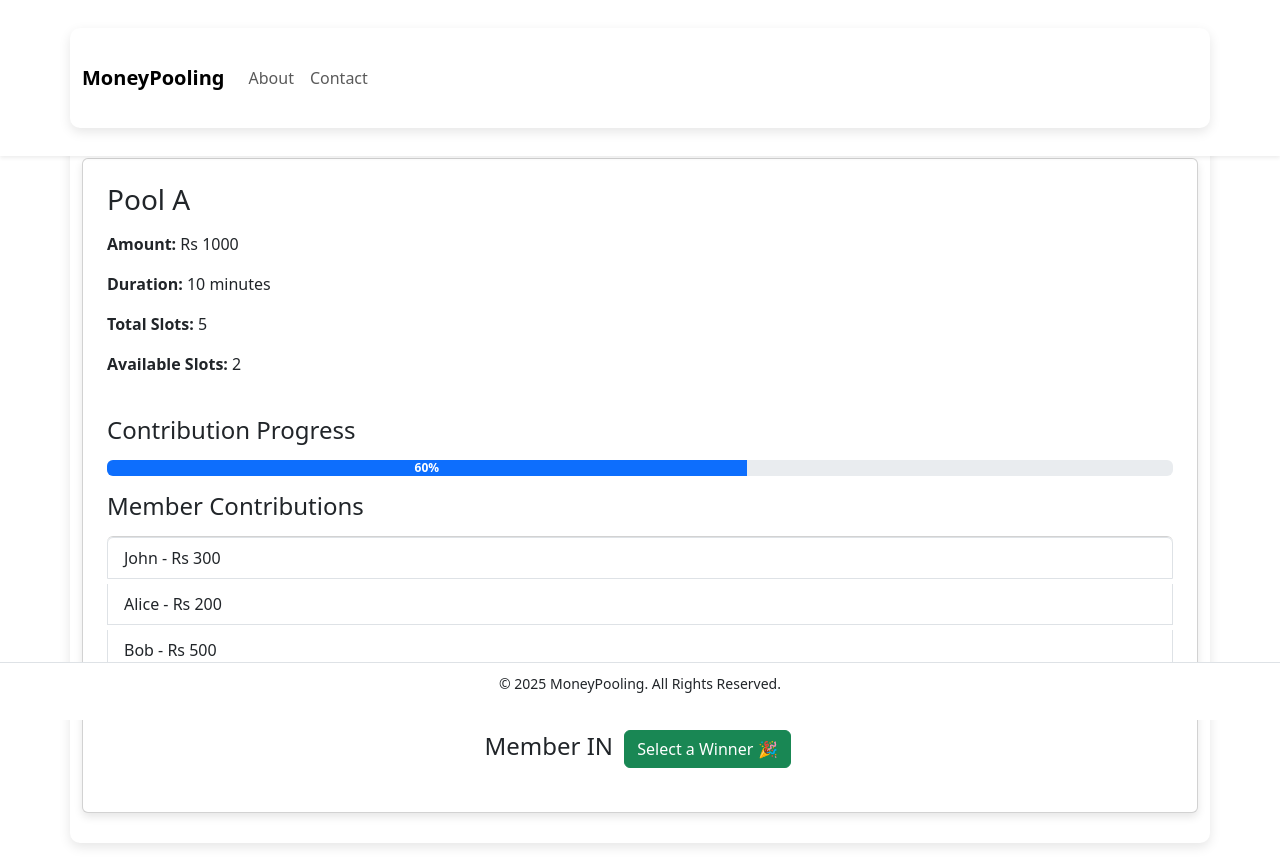
Repository: xxgautm420/MoneyPool
Page: templates/progress.html
The author's editor kept a copy of each file at every save. The page is drawn from the files as they stood at one save, then again after the next save.
The browser window is 1280 px wide. The pictures show the whole page.
The page is served by the project's application, run on Flask 3 (user.py). The template is opened directly, without the code that normally fills it, so the values that code supplies are empty.

Above is the page before, as saved 2025-03-01 16:50:24.

After the next save:
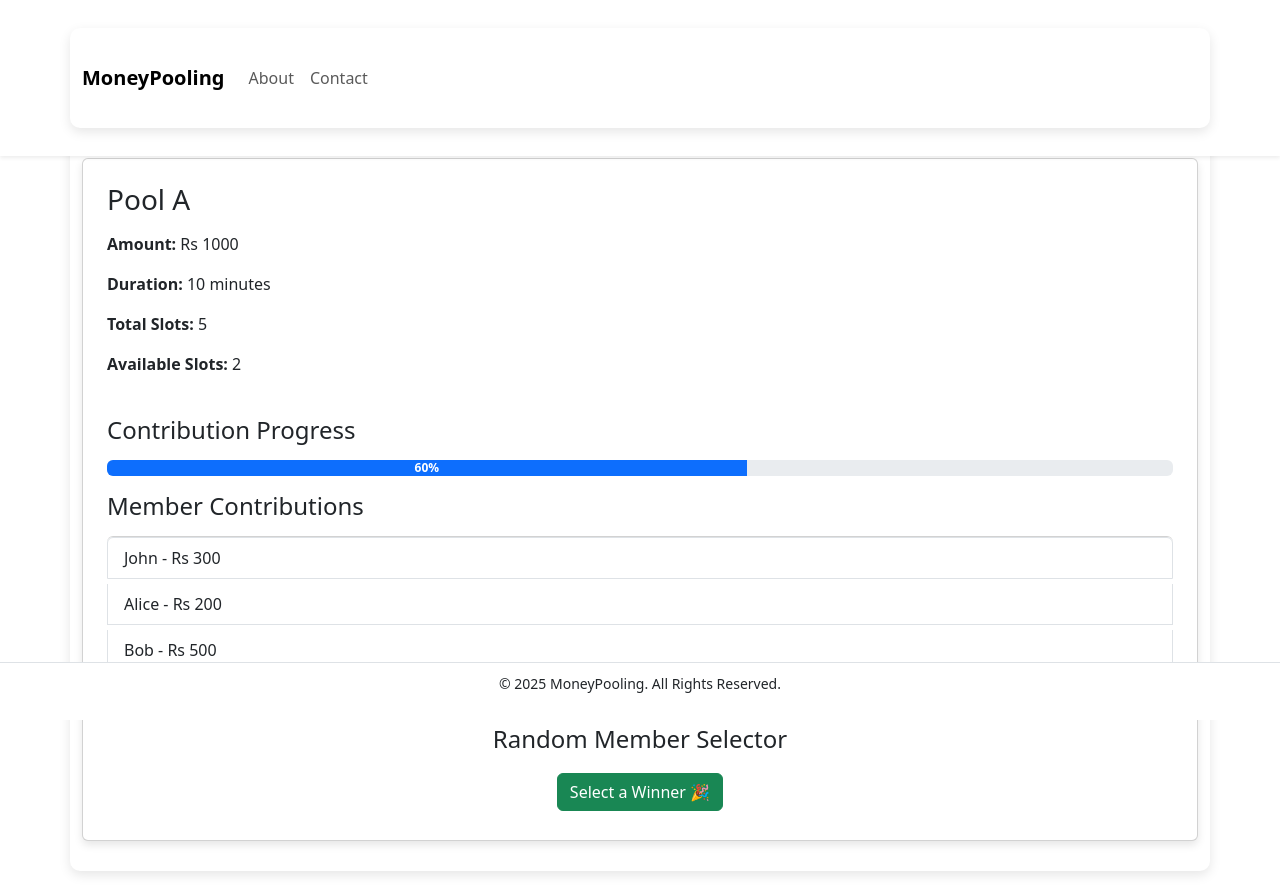
Saved 6 s later.
--- a/templates/progress.html
+++ b/templates/progress.html
@@ -57,8 +57,9 @@
 
         <!-- Random Member Selection -->
         <div class="text-center mt-5">
-            <h4>Member IN
+            <h4>Random Member Selector</h4>
             <button class="btn btn-success" onclick="startSelection()">Select a Winner 🎉</button>
+
         </div>
     </div>
 </div>
